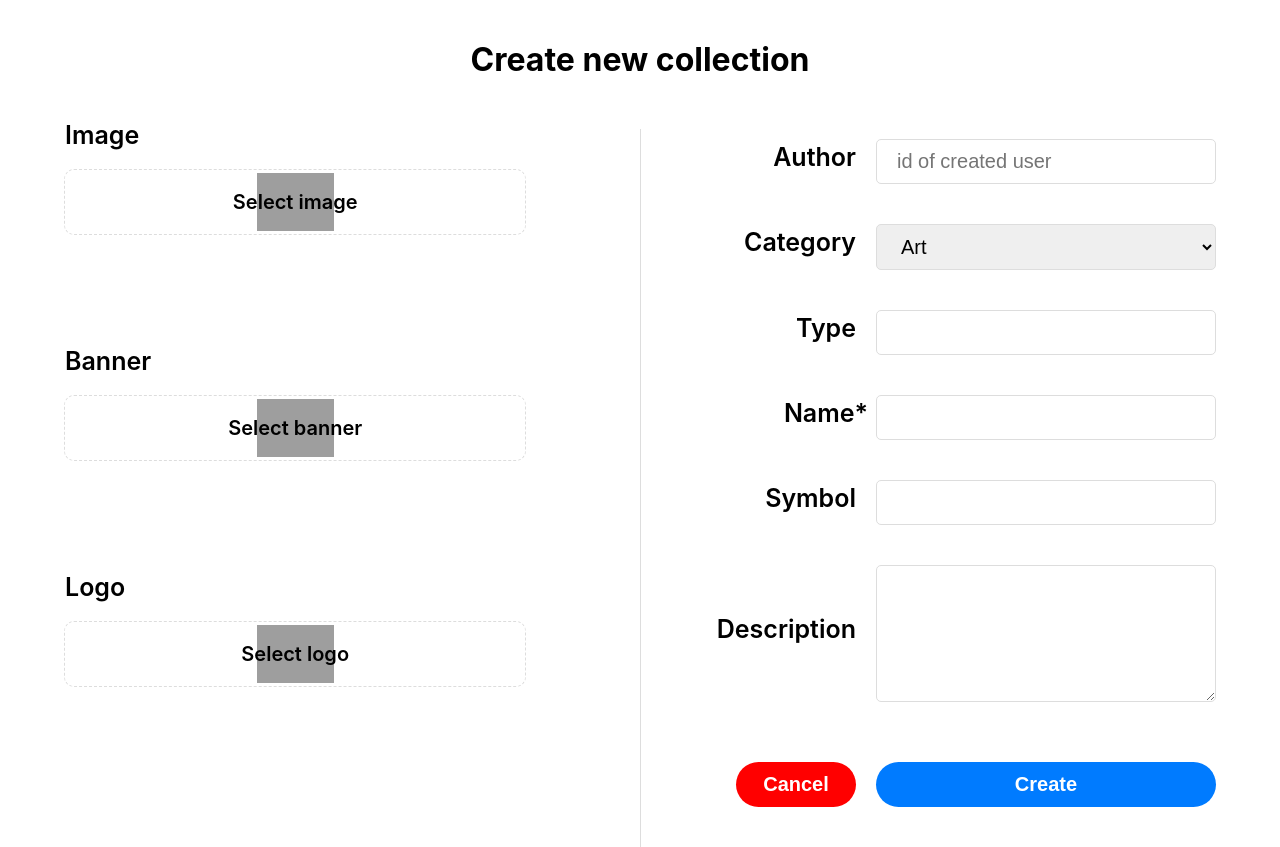
Repository: superHotBob/admin_nftillion
Page: /createcollection
An editor plug-in stored every save of this project. The page is shown before and after the next save, followed by the edit.
The browser window is 1280 px wide. The pictures show the whole page.
Pictures or frames that could not be fetched are drawn as grey boxes. The project was rebuilt for these pictures with package versions that can differ from the ones it lists, and the page was loaded fresh each time. Also part of the build but not shown: src/components/Login/styles.scss, src/components/Login/index.js, src/components/NavPanel/styles.scss, src/components/NavPanel/index.js, src/components/Users/index.js, src/components/Collections/index.js, src/components/Categories/index.js, src/components/PremintedCollections/index.js and 1 more.

Above is the page before, as saved 2022-04-30 17:42:19.

### src/index.js
import React from "react";
import ReactDOM from "react-dom/client";
import "./index.css";
import { BrowserRouter } from "react-router-dom";
import "./index.css";
import App from "./App";

import reportWebVitals from "./reportWebVitals";

const root = ReactDOM.createRoot(document.getElementById("root"));
root.render(
  <React.StrictMode>
    <BrowserRouter>
      <App />
    </BrowserRouter>
  </React.StrictMode>
);

// If you want to start measuring performance in your app, pass a function
// to log results (for example: reportWebVitals(console.log))
// or send to an analytics endpoint. Learn more: https://bit.ly/CRA-vitals
reportWebVitals();

### src/App.js
import * as React from "react";
import { Routes, Route } from "react-router-dom";
import { LogIn } from "./components/Login";
import { Users } from "./components/Users";
import './App.css';
import { Collections } from "./components/Collections";
import { Categories } from "./components/Categories";
import { Create } from "./components/CreateCollection";
import { PremintedCollections } from "./components/PremintedCollections";
import { CreateCategories } from "./components/CreateCategories";

function App() {
  return (
    <div className="App">
    <Routes>
        <Route path="/" element={<LogIn />} />
        <Route path="users" element={<Users />} />
        <Route path="collections" element={<Collections />} />
        <Route path="categories" element={<Categories />} />
        <Route path="premintedcollections" element={<PremintedCollections />} />
        <Route path="createcollection" element={<Create />} />
        <Route path="createcategory" element={<CreateCategories />} />
      </Routes>
    </div>
  );
}

export default App;

### src/App.css
.App {
  text-align: center;
}
body {
  background-color: linear-gradient(0deg, rgba(29, 0, 126, 0.87), rgba(29, 0, 126, 0.87)), linear-gradient(180deg, #312293 0%, rgba(177, 70, 193, 0) 100%)
}
@import url('https://fonts.googleapis.com/css2?family=Public+Sans:wght@400;500&family=Roboto:ital,wght@0,500;1,400&display=swap');
.App-logo {
  height: 40vmin;
  pointer-events: none;
}

@media (prefers-reduced-motion: no-preference) {
  .App-logo {
    animation: App-logo-spin infinite 20s linear;
  }
}

### src/components/CreateCollection/index.js
import * as React from "react";
import { Link } from "react-router-dom";
import { useForm } from "react-hook-form";

import "./styles.scss";

export const Create = () => {
  // const [author, setAuthor] = React.useState("");
  // const [category, setCategory] = React.useState("");
  // const [type, setType] = React.useState("");
  // const [nameCollection, setNameCollection] = React.useState("");
  // const [symbol, setSymbol] = React.useState("");
  // const [description, setDescription] = React.useState("");

  const [imageCollection, selectImageCollection] = React.useState();
  const [bannerCollection, selectBannerCollection] = React.useState();
  const [logoCollection, selectLogoCollection] = React.useState();

  const {
    register,
    handleSubmit,
    formState: { errors },
  } = useForm();

  const viewImage = async (event) => {
    let file = event.target.files[0];



    const reader = new FileReader();
    reader.onloadend = function () {
      selectImageCollection(reader.result);
    };
    reader.readAsDataURL(file);
  };
  const viewBanner = async (event) => {
    let file = event.target.files[0];
    // selectBannerCollection(file)
    const reader = new FileReader();
    reader.onloadend = function () {
      selectBannerCollection(reader.result);
    };
    reader.readAsDataURL(file);
  };
  const viewLogo = async (event) => {
    let file = event.target.files[0];
   //selectLogoCollection(file)
    const reader = new FileReader();
    reader.onloadend = function () {
     selectLogoCollection(reader.result);
     };
    reader.readAsDataURL(file);
  };
  async function onSubmit(data) {
    const form = new FormData();
    // const metadata = {
    //   name: data.nameCollection,
    //   symbol: data.symbol,
    //   description: data.description,
    // };
    // form.append("author", data.author);
    // form.append("type", data.type);
    // form.append("category", data.Category);
    // form.append("metadata", JSON.stringify(metadata));
    form.append("file", data.file[0]);
    // form.append("logo", data.banner[0]);
    // form.append("banner", data.logo[0]);

   console.log(data.image[0])
   const res =  await fetch("http://localhost:5000/upload-file", {
      method: 'post',
      body: form,
       headers: {
      // //  'Content-Type':'application/json',
       "Content-Type": "multipart/form-data",
      //   // 'Authorization': `Bearer ${localStorage.getItem("accessToken")}`,
      },
    }).then((res) => res.json());

    alert(JSON.stringify(`${res.message}, status: ${res.status}`));
  }
  return (
    <>
      <h1 className="header">Create new collection</h1>
      <form
        onSubmit={handleSubmit(onSubmit)}
        className="main_block_create"

      >
        <div className="image_block" style={{ marginTop: 40 }}>
          <div
            className="image"
            style={{
              height: imageCollection ? "300px" : "auto",
              background: `url(${imageCollection}) center / auto 90% no-repeat`,
            }}
          >
            {imageCollection && (
              <img
                src="/icon_close.png"
                alt="close"
                height={25}
                width={25}
                style={{ float: "right", margin: 10, cursor: "pointer" }}
                onClick={() => selectImageCollection()}
              />
            )}
            {!imageCollection && (
              <label>
                Select image
                <input
                  type="file"
                  style={{ display: "none" }}
                  {...register("file",{onChange:(e) => viewImage(e)})}
                  accept="image/png, image/gif, image/webp, image/jpeg, video/mp4,audio/mp3"

                />
              </label>
            )}
          </div>
          <div
            className="banner"
            style={{
              height: bannerCollection ? "300px" : "auto",
              background: `url(${bannerCollection}) center / auto 90% no-repeat`,
            }}
          >
            {" "}
            {bannerCollection && (
              <img
                src="/icon_close.png"
                alt="close"
                height={25}
                width={25}
                style={{ float: "right", margin: 10, cursor: "pointer" }}
                onClick={() => selectBannerCollection()}
              />
            )}
            {!bannerCollection && (
              <label>
                Select banner
                <input
                  type="file"
                  style={{ display: "none" }}
                  {...register("banner",{onChange:(e) => viewBanner(e)})}
                  accept="image/png, image/gif, image/webp, image/jpeg, video/mp4,audio/mp3"

                />
              </label>
            )}
          </div>
          <div
            className="logo"
            style={{
              height: logoCollection ? "50px" : "auto",
              background: `url(${logoCollection}) center / auto 90% no-repeat`,
            }}
          >
            {" "}
            {logoCollection && (
              <img
                src="/icon_close.png"
                alt="close"
                height={25}
                width={25}
                style={{ float: "right", margin: 10, cursor: "pointer" }}
                onClick={() => selectLogoCollection()}
              />
            )}
            {!logoCollection && (
              <label>
                Select logo
                <input
                  type="file"
                  style={{ display: "none" }}
                  {...register("logo",{onChange:(e) => viewLogo(e)})}
                  accept="image/png, image/gif, image/webp, image/jpeg, video/mp4,audio/mp3"

                />
              </label>
            )}
          </div>
        </div>
        <div className="data_block">
          <label>
            Author
            <input
              type="text"
              pattern="[0-9]+"
              placeholder="id of created user"
              name="author"
              // value={author}
              {...register("author")}
              // onChange={(e) => setAuthor(e.target.value)}
            />
          </label>
          <label>
            Category
            <select {...register("Category")}>
        <option value="Art">Art</option>
        <option value="Music"> Music</option>
        <option value="Sports"> Sports</option>
      </select>
          </label>
          <label>
            Type
            <input
              type="text"
              name="type"
              pattern="[0-9]+"
              // value={type}
              {...register("type")}
              // onChange={(e) => setType(e.target.value)}
            />
          </label>
          <label>
            Name*
            <input
              type="text"
              name="name"
              required
              style={{ marginLeft: 8 }}
              // value={nameCollection}
              {...register("nameCollection")}
              // onChange={(e) => setNameCollection(e.target.value)}
            />
          </label>
          <label>
            Symbol
            <input
              type="text"
              name="symbol"
              // value={symbol}
              {...register("symbol")}
              // onChange={(e) => setSymbol(e.target.value)}
            />
          </label>
          <label>
            Description
            <textarea
              rows={5}
              name="description"
              // value={description}
              {...register("description")}
              // onChange={(e) => setDescription(e.target.value)}
            />
          </label>
          <label>
            <Link to="/premintedcollections">
              <button className="cancel">Cancel</button>
            </Link>
            <button type="submit">Create</button>
          </label>
        </div>
      </form>
    </>
  );
};

### src/components/Users/styles.scss
.header {
  color: #000;
  padding: 20px 50px;
  margin: 0;
  border-bottom: 1px solid black;
  text-align: center;
}
.header_users {
  margin: 0;
  color:#fff;
  font: 400 30px/100px 'Roboto', sans-serif ;


}
.mainblockuser, .header_users {

  background: rgba(29, 0, 126);
}
header,
.data {
  display: flex;
  box-sizing: border-box;
  justify-content: space-between;
  font-size: 20px;
  border-top: 1px solid #E3E5E5;
  margin: 0 auto;
  background-color: #fff;
  text-align: center;
  align-items: center;
  span,
  label {
    width: 12%;
    display: inline-block;
  }
}
section {
  width: 1240px;
  margin: 0 auto;
  padding: 0 20px;
  box-sizing: border-box;
  background-color: #fff;
}
header {
  border: none;
  width: 1240px;
  font: 600 16px/24px 'Public Sans', sans-serif;
  padding: 20px;
}
header span:first-of-type {
  text-align: left;
}
.block_view {
  position: fixed;
  top: 20vh;
  padding: 20px;
  right: 40vw;
  width: 20vw;
  height: auto;
  transition: all 0.5s;
  background-color: #fff;
  box-shadow: 0 0px 8px 0px rgba(34, 60, 80, 0.2);
}
.block_hide {
  position: fixed;
  top: 20vh;
  transition: all 0.5s;
  right: 40vw;
  opacity: 0;
  overflow: hidden;
  width: 20vw;
  height: auto;
  background-color: #fff;
  box-shadow: 0 0px 8px 0px rgba(34, 60, 80, 0.2);
}
button {
  height: 45px;
  width: 65%;
  font-size: 20px;
  border-radius: 30px;
  cursor: pointer;
  font-weight: 600;
  color: #fff;
  border: none;
  outline: none;
}
button:first-of-type {
  background-color: red;
  width: 30%;
}
button:last-of-type {
  background-color: #007bff;
}
button:hover {
  opacity: 0.7;
  border-color: rgba(200, 255, 255, 1);
}
.block_button {
  display: flex;
  margin-top: 30px;
  justify-content: space-around;
}
.data_edit {
  span {
    display: block;
    font-size: 20px;
    margin: 20px;
  }
}
.header_edit {
  padding-bottom: 30px;
  font-size: 25px;
  border-bottom: 1px solid #000;
}

input[type="checkbox"] {
  width: 25px;
  height: 25px;
  margin: 0 20px;
}
textarea {
  width: 90%;
  padding: 10px 20px;
  outline: none;
  font-size: 20px;
  display: block;
}
span:first-of-type {
  font: 500 20px/25px 'Roboto' , sans-serif;
  text-align: left;
}
b {
  font-size: 30px;
  margin: 0 10px 30px;
  display: block;
}
span img {
  margin-left: 0;
  vertical-align: middle;
  opacity: 0;
  padding: 3px;
  float: right;
  border: 1px solid white;
}
span:hover img {
  opacity: 1;
  cursor: pointer;
}
img:active {
  border: 1px solid blue;
}

@media screen and (max-width: 1450px){
      .data span,header{
        font-size: 16px;
      }
      p.data {
        padding: 10px 0;
      }
     .data span:first-of-type {
       font-size: 13px;
     }

}
@media screen and (max-width: 550px){
  .header_users {
    padding: 0;
    margin: 0;
  }
  .mainblockuser {
    width: 100vw;
    overflow: scroll;
  }
  header,.data {
    width: 1000px;
  }
  .block_view {
    width: 84vw;
    left: 10px;
  }
  p.data {
    padding: 5px 0;
  }

}

### src/components/Collections/styles.scss
.data {
    padding: 20px 0;
    margin: 0;
}
.right_block_view {
    position: fixed;
    top: 0;
    padding: 20px;
    right: 0;
    width: 400px;
    height: 100vw;
    transition: all 0.5s;
    background-color: #fff;
    box-shadow: -7px 0px 8px 0px rgba(34, 60, 80, 0.2);
}
.right_block_hide {
    position: fixed;
    top: 0;
    transition: all 0.5s;
    right: -401px;
    width: 400px;
    height: 100vw;
    background-color: #fff;
    box-shadow: -7px 0px 8px 0px rgba(34, 60, 80, 0.2);
}
button {
    height: 45px;
    width: 65%;
    font-size: 20px;
    border-radius: 30px;
    cursor: pointer;
    font-weight: 600;
    color: #fff;
    border: none;
    outline: none;

}
button:first-of-type {
    background-color: red;
    width: 30%;
}
button:last-of-type {
    background-color: #007bff;
}
button:hover {
    opacity: 0.7;
    border-color: #f9f9ff;

}
.block_button {
    display: flex;
    margin-top: 30px;
    justify-content: space-around;
}
.data_edit {
    span {
        display: block;
        font-size: 18px;
        margin: 20px 0;
    }
}
.header_edit {
    padding-bottom:  30px;
    font-size: 25px;
    border-bottom: 1px solid #000;
}

input[type='checkbox'] {
    width: 25px;
    height: 25px;
    margin: 0 20px;
}

### src/components/Categories/styles.scss
.main_categories {
  b {
    width: 30%;
    padding: 0 20px 10px;
    line-height: 35px;
    border: 1px solid #ddd;
    margin: 40px auto 0;
    font-weight: 400;
    color: #fff;
    background-color: red;
  }
  .image {
    display: inline-block;
    height: 70px;
    background-position: center;
    background-repeat: no-repeat;
    background-size: cover;
  }
  .data:hover {
    background-color: #ddd;
    cursor: pointer;
  }
}
a {
  text-decoration: none;
}
@media screen and (max-width: 550px) {
  .mainblock_categories .data,
  .mainblock_categories .header_categories {
    width: 100vw;
  }
  .data_categories .data, .header_categories {
    width: 100%;
  }
  .main_categories b {
    width: 80%;
    margin: 0 auto;
  }
  .mobile span {
    width: 22%;
  }
  .header {
    margin: 0;
  }
}

### src/components/CreateCollection/styles.scss
.main_block_create {
  display: flex;
  justify-content: space-between;
  width: 70vw;
  margin: 0 auto;

  .image_block {
    width: 50%;
    height: auto;
    .image,
    .banner,
    .logo {
      width: 80%;
      height: auto;
      border-radius: 10px;
      margin-bottom: 160px;
      border: 1px dashed #ddd;
      position: relative;
    }
    *::before {
      position: absolute;
      top: -50px;
      left: 0;
      font-size: 25px;
      font-weight: 600;
    }
    .image::before {
      content: "Image";
    }
    .logo::before {
      content: "Logo";
    }
    .banner::before {
      content: "Banner";
    }
    label {
      font-size: 20px;
      font-weight: 600;
      margin: 20px auto;
      width: 40%;
      display: block;
      cursor: pointer;
    }
  }
  .data_block {
    width: 50%;
    height: auto;
    border-left: 1px solid #ddd;
    label,
    legend {
      display: flex;
      justify-content: right;
      font-size: 25px;
      margin: 0 auto 30px;
      width: 100%;
      align-items: center;
      text-align: left;
      font-weight: 600;
      input,
      textarea,
      select {
        display: block;
        border-radius: 5px;
        box-sizing: border-box;
        padding: 10px 20px;
        border: 1px solid #ddd;
        width: 340px;
        font-size: 20px;
        margin: 10px 0 0 20px;
        outline: none;
      }
    }
    .buttons {
      display: flex;
      justify-content: right;
      text-align: right;
    }
    button {
      width: 340px;
      margin-top: 30px;
    }
    .cancel {
      width: 120px;
      margin-right: 20px;
      background-color: red;
    }
  }
}
.header {
  margin: 20px 0 30px;
  border: none;
}
@media screen and (max-width: 1300px) {
  .main_block_create {
    width: 90%;
  }
}
@media screen and (max-width: 550px) {
  .header {
    font-size: 25px;
  }
  .main_block_create {
    display: flex;
    justify-content: space-between;
    flex-direction: column;
    width: 100vw;
    margin: 0 auto;

    .image_block,
    .data_block {
      width: 100vw;
    }
    .image_block .image,
    .image_block .banner,
    .image_block .logo {
      width: 95%;
      margin: 0 auto 50px;
    }
    .data_block label {
      font-size: 16px;
      width: 98%;
      input,
      textarea {
        width: 250px;
        margin-right: 10px;
      }
    }
  }
}

### src/components/PremintedCollections/styles.scss
.main_categories {
  b {
    width: 30%;
    padding: 0 20px 10px;
    line-height: 35px;
    border: 1px solid #ddd;
    margin: 40px auto 0;
    font-weight: 400;
    color: #fff;
    background-color: red;
  }
  .image {
    display: inline-block;
    height: 70px;
    background-position: center;
    background-repeat: no-repeat;
    background-size: cover;
  }
  .data:hover {
    background-color: #ddd;
    cursor: pointer;
  }
}
a {
  text-decoration: none;
}
@media screen and (max-width: 550px) {
  .mainblock_categories .data,
  .mainblock_categories .header_categories {
    width: 100%;
  }
  .main_categories b {
    width: 80%;
  }
  .mobile span {
    width: 22%;
  }
}

### src/components/CreateCategories/styles.scss
.create_category {
  display: flex;
  justify-content: space-between;
  flex-direction: column;
  width: 50vw;
  margin: 0 auto;
    .image {
      width: 80%;
      height: auto;
      border-radius: 10px;
      margin: 0 auto 160px;
      border: 1px dashed #ddd;
      position: relative;
    }
    *::before {
      position: absolute;
      top: -50px;
      left: 0;
      font-size: 25px;
      font-weight: 600;
    }
    .image::before {
      content: "Image";
    }

    label {
      font-size: 20px;
      font-weight: 600;
      margin: 20px auto;
      width: 40%;
      display: block;
      cursor: pointer;
    }

    label,
    legend {
      display: flex;
      justify-content: center;
      font-size: 25px;
      margin: 0 auto 30px;
      width: 100%;
      align-items: center;
      text-align: left;
      font-weight: 600;
      input,
      textarea {
        display: block;
        border-radius: 5px;
        box-sizing: border-box;
        padding: 10px 20px;
        border: 1px solid #ddd;
        width: 340px;
        font-size: 20px;
        margin: 10px 0 0 20px;
        outline: none;
      }
    }
    .buttons {
      display: flex;
      justify-content: right;
      text-align: right;
    }
    button {
      width: 340px;
      margin-top: 30px;
    }
    .cancel {
      width: 120px;
      margin-right: 20px;
      background-color: red;
    }

}
.header {
  margin: 20px 0 30px;
  border: none;
}
@media screen and (max-width: 1300px) {
  .main_block_create {
    width: 90%;
  }
}
@media screen and (max-width: 550px) {
  .header {
    font-size: 25px;
  }
  .create_category {
    display: flex;
    justify-content: space-between;
    flex-direction: column;
    width: 100vw;
    margin: 0 auto;

    .image_block,
    .data_block {
      width: 100vw;
    }
    .image {
      width: 95%;
      margin: 0 auto 50px;
    }
     label {
      font-size: 16px;
      width: 90%;
      justify-content: right;
      input,
      textarea {
        width: 250px;
        margin-right: 10px;
      }
    }
  }
}

Loaded but not shown: public/index.html (common file); src/index.css (common file); src/reportWebVitals.js (common file)

After the next save:
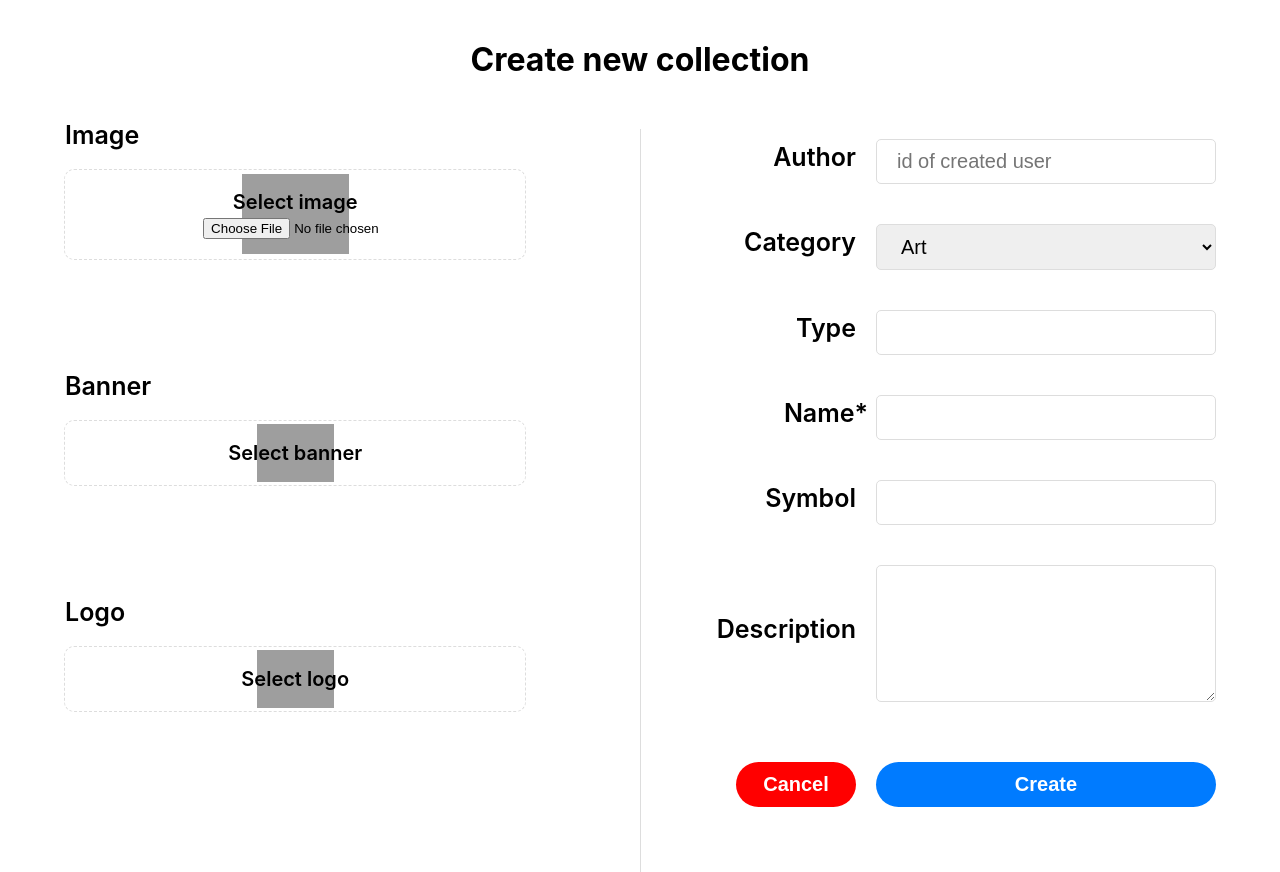
Saved 89 s later.
--- a/src/components/CreateCollection/index.js
+++ b/src/components/CreateCollection/index.js
@@ -110,8 +110,8 @@ export const Create = () => {
                 Select image
                 <input
                   type="file"
-                  style={{ display: "none" }}
-                  {...register("file",{onChange:(e) => viewImage(e)})}
+                  // style={{ display: "none" }}
+                  {...register("file")}
                   accept="image/png, image/gif, image/webp, image/jpeg, video/mp4,audio/mp3"
 
                 />
